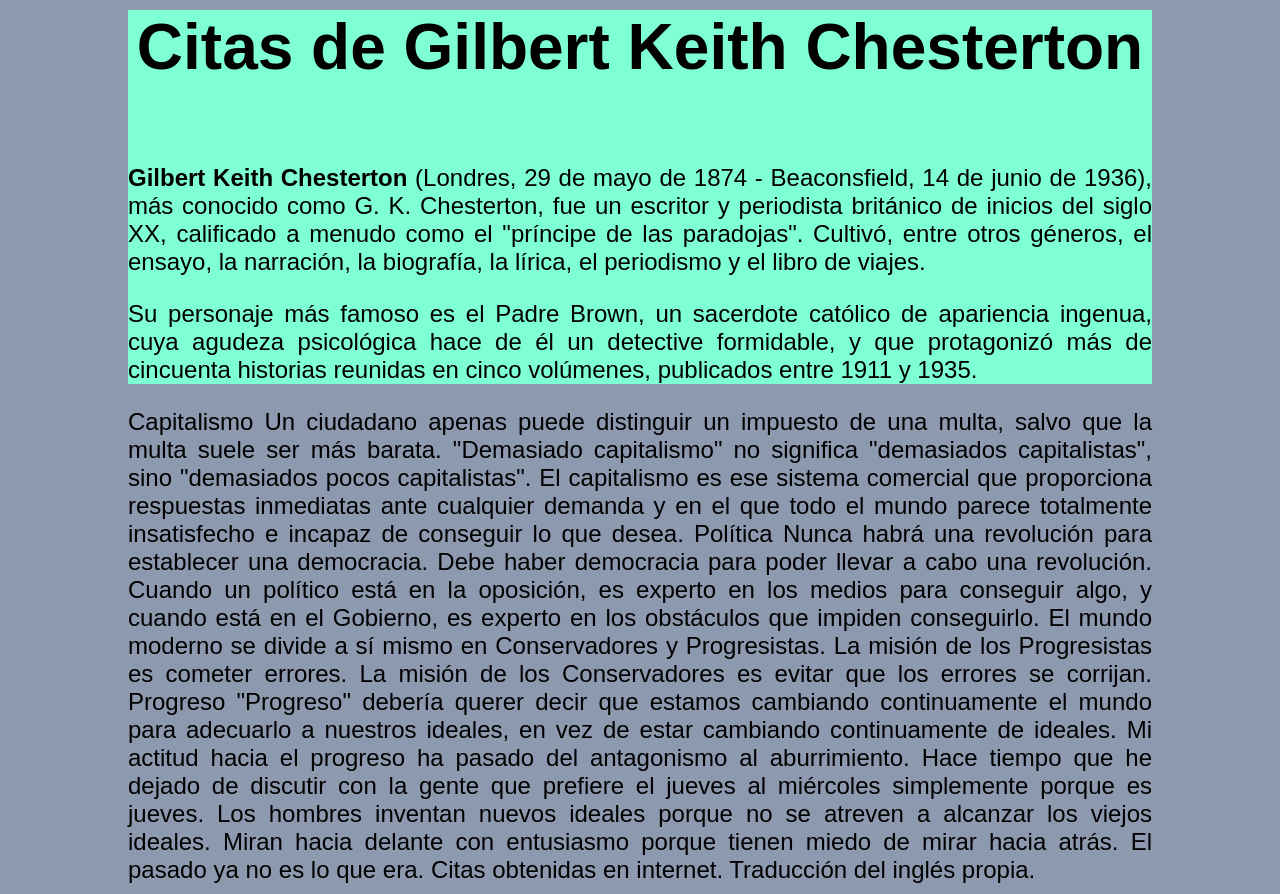
Repository: EmilyMachuca-Developer/Advanced-Programming-Projects
Page: index.html
These files come from the project's save history. The page is drawn as it stood at one moment and after the next save; the edit follows.
The browser window is 1280 px wide. The pictures show the whole page.

Above is the page before, as saved 2024-02-26 20:23:41.

### index.html
<html lang="es">
<head>
<meta charset="utf-8">
<link rel="stylesheet" href="Taller 2/css/style.css">
<title>Emily Machuca</title>
</head>

<body>
    <div style="background-color: aquamarine;">
        <h1>Citas de Gilbert Keith Chesterton</h1> <br><br>
        <p><strong>Gilbert Keith Chesterton</strong> (Londres, 29 de mayo de 1874 - Beaconsfield, 14 de junio de 1936), más conocido como G. K. Chesterton, fue un escritor y periodista británico de inicios del siglo XX, calificado a menudo como el "príncipe de las paradojas". Cultivó, entre otros géneros, el ensayo, la narración, la biografía, la lírica, el periodismo y el libro de viajes.</p>
        <p>Su personaje más famoso es el Padre Brown, un sacerdote católico de apariencia ingenua, cuya agudeza psicológica hace de él un detective formidable, y que protagonizó más de cincuenta historias reunidas en cinco volúmenes, publicados entre 1911 y 1935.</p>
    </div>


Capitalismo

Un ciudadano apenas puede distinguir un impuesto de una multa, salvo que la multa suele ser más barata.

"Demasiado capitalismo" no significa "demasiados capitalistas", sino "demasiados pocos capitalistas".

El capitalismo es ese sistema comercial que proporciona respuestas inmediatas ante cualquier demanda y en el que todo el mundo parece totalmente insatisfecho e incapaz de conseguir lo que desea.

Política

Nunca habrá una revolución para establecer una democracia. Debe haber democracia para poder llevar a cabo una revolución.

Cuando un político está en la oposición, es experto en los medios para conseguir algo, y cuando está en el Gobierno, es experto en los obstáculos que impiden conseguirlo.

El mundo moderno se divide a sí mismo en Conservadores y Progresistas. La misión de los Progresistas es cometer errores. La misión de los Conservadores es evitar que los errores se corrijan.

Progreso

"Progreso" debería querer decir que estamos cambiando continuamente el mundo para adecuarlo a nuestros ideales, en vez de estar cambiando continuamente de ideales.

Mi actitud hacia el progreso ha pasado del antagonismo al aburrimiento. Hace tiempo que he dejado de discutir con la gente que prefiere el jueves al miércoles simplemente porque es jueves.

Los hombres inventan nuevos ideales porque no se atreven a alcanzar los viejos ideales. Miran hacia delante con entusiasmo porque tienen miedo de mirar hacia atrás.

El pasado ya no es lo que era.

Citas obtenidas en internet. Traducción del inglés propia.
</body>
</html>

### Taller 2/css/style.css
body {
    margin: 10px 10%;
    background-color: 8d99ae;
    font-family: sans-serif;
    font-size: 1.5rem;
    text-align: justify;
  }

  header {
    padding: 0 10px;
    background-color: hwb(15 50% 40%);
  }

  h1 {
    margin: 0;
    font-size: 4rem;
    text-align: center;
  }

  main {
    display: block;
    border: white 2px solid;
    padding: 10px;
  }

  section {
    padding-bottom: 5px;
    background-color: hwb(14 0% 26%)
  }

  section + section {
    margin-top: 40px;
  }

  h2 {
    margin: 0;
    padding-left: 10px;
    background-color: white;
  }

  section p {
    border: hwb(16 45% 27%)10px solid;
    margin: 20px 10%;
    padding: 10px;
    color: white;
    line-height: 200%;
  }

  footer {
    border-top: black 5px solid;
    margin: 20px 0;
    padding: 0 10px;
    background-color: hwb(15 50% 40%);
    font-size: 1.2rem;
  }

After the next save:
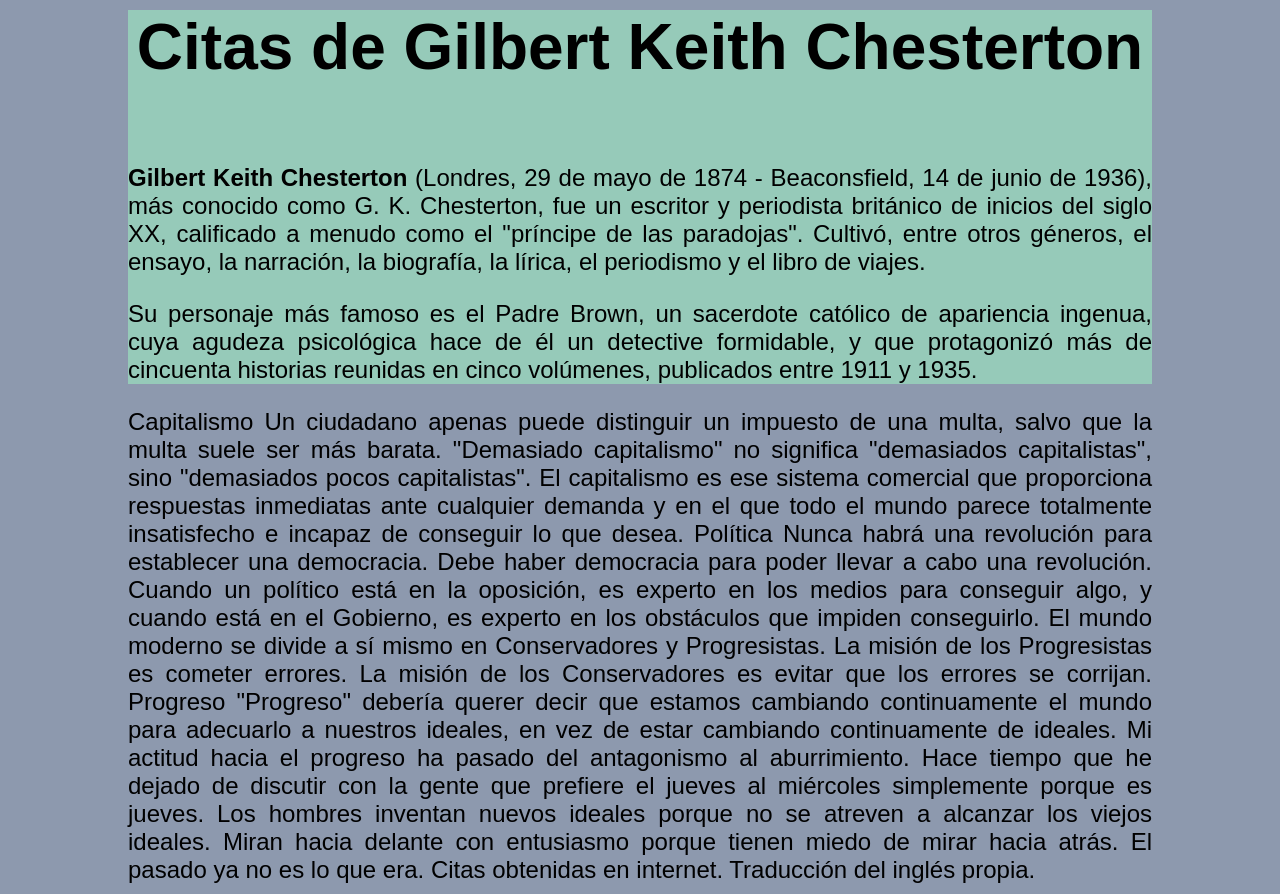
Saved 5 s later.
--- a/index.html
+++ b/index.html
@@ -6,7 +6,7 @@
 </head>
 
 <body>
-    <div style="background-color: aquamarine;">
+    <div style="background-color: rgb(150, 202, 185);">
         <h1>Citas de Gilbert Keith Chesterton</h1> <br><br>
         <p><strong>Gilbert Keith Chesterton</strong> (Londres, 29 de mayo de 1874 - Beaconsfield, 14 de junio de 1936), más conocido como G. K. Chesterton, fue un escritor y periodista británico de inicios del siglo XX, calificado a menudo como el "príncipe de las paradojas". Cultivó, entre otros géneros, el ensayo, la narración, la biografía, la lírica, el periodismo y el libro de viajes.</p>
         <p>Su personaje más famoso es el Padre Brown, un sacerdote católico de apariencia ingenua, cuya agudeza psicológica hace de él un detective formidable, y que protagonizó más de cincuenta historias reunidas en cinco volúmenes, publicados entre 1911 y 1935.</p>
